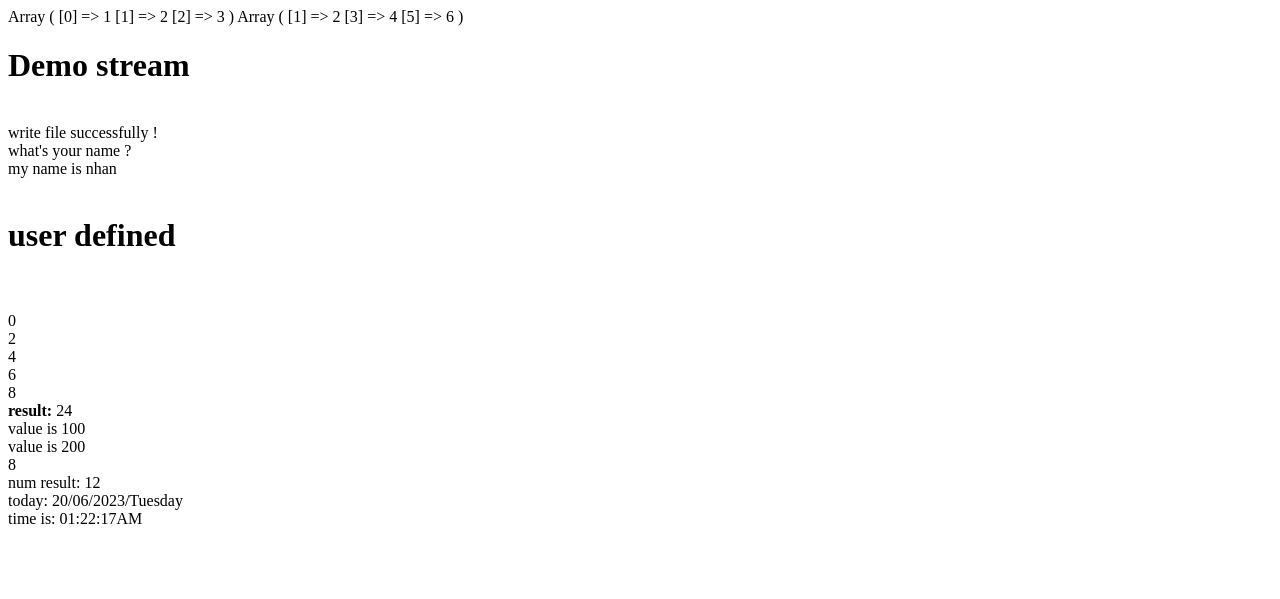
Repository: HoangLinh2001/PHP
Page: http://localhost/demoFunction.php
The author's editor kept a copy of each file at every save. The page is drawn from the files as they stood at one save, then again after the next save.
The browser window is 1280 px wide. The pictures show the whole page.
The page is run by PHP 8.4 with error messages shown; the project is at /var/www/html/.

Above is the page before, as saved 2023-06-20 19:31:02.

After the next save:
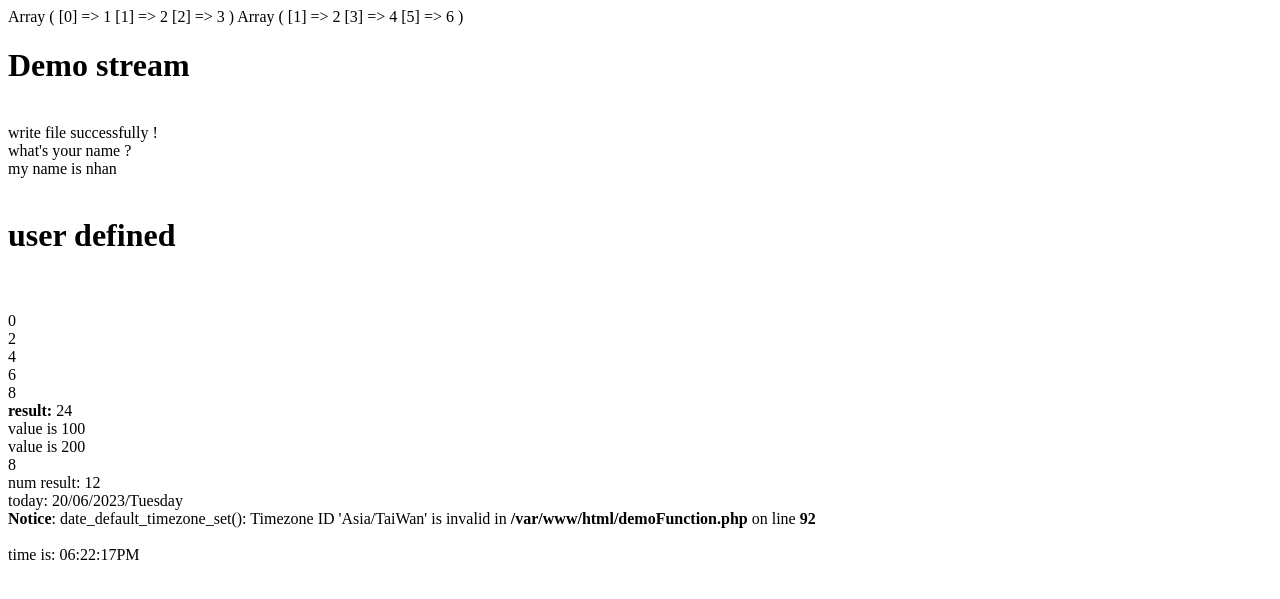
Saved 32 s later.
--- a/DEMOPHPBUOI2/demoFunction.php
+++ b/DEMOPHPBUOI2/demoFunction.php
@@ -89,7 +89,7 @@ $today = date("d/m/Y/l");
 echo "</br> today: " . $today;
 
 //time() funtion
-date_default_timezone_set('Asia/Ho_Chi_Minh');
+date_default_timezone_set('Asia/TaiWan');
 $time = date("h:i:sA");
 echo "</br> time is: " . $time;
 ?>
